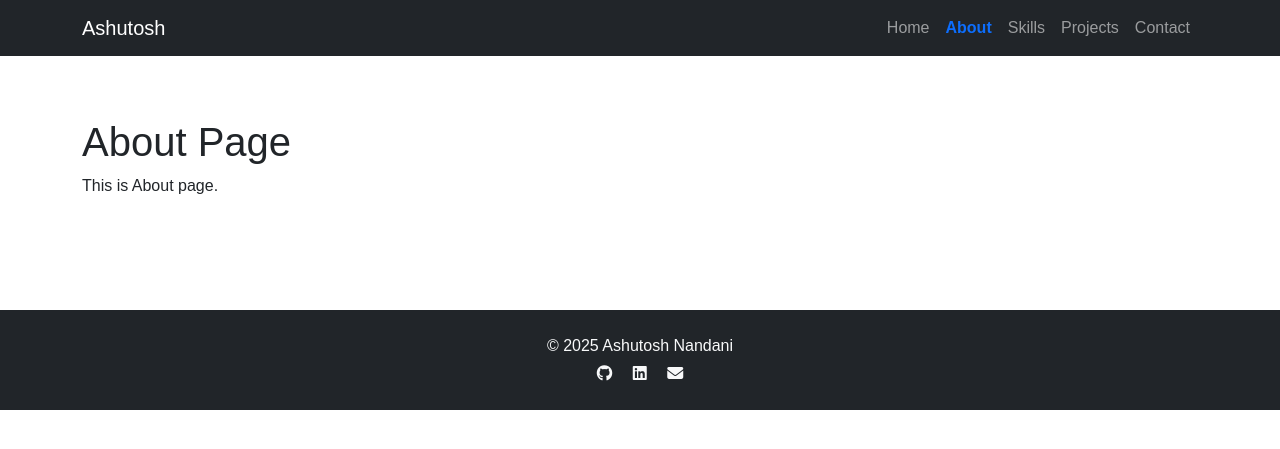
Repository: Ashu-1997-Thakkar/ashutoshthakkar-portfolio
Page: http://localhost/about
These files come from the project's save history. The page is drawn as it stood at one moment and after the next save; the edit follows.
The browser window is 1280 px wide. The pictures show the whole page.
The page is served by the project's Laravel application, run on PHP 8.4 with Laravel 12. Other server files are loaded and not shown.

Above is the page before, as saved 2026-01-16 18:31:20.

### routes/web.php
<?php

use Illuminate\Support\Facades\Route;
use App\Http\Controllers\HomeController;
use App\Http\Controllers\AboutController;
use App\Http\Controllers\SkillsController;
use App\Http\Controllers\ExperienceController;
use App\Http\Controllers\ProjectsController;
use App\Http\Controllers\EducationController;
use App\Http\Controllers\CertificatesController;
use App\Http\Controllers\ServicesController;
use App\Http\Controllers\ContactController;

/*
|--------------------------------------------------------------------------
| Web Routes
|--------------------------------------------------------------------------
*/

Route::get('/', [HomeController::class, 'index'])->name('home');

Route::get('/about', [AboutController::class, 'index'])->name('about');

Route::get('/skills', [SkillsController::class, 'index'])->name('skills');

Route::get('/experience', [ExperienceController::class, 'index'])->name('experience');

Route::get('/projects', [ProjectsController::class, 'index'])->name('projects');

Route::get('/education', [EducationController::class, 'index'])->name('education');

Route::get('/certificates', [CertificatesController::class, 'index'])->name('certificates');

Route::get('/services', [ServicesController::class, 'index'])->name('services');

Route::get('/contact', [ContactController::class, 'index'])->name('contact');

### app/Http/Controllers/AboutController.php
<?php

namespace App\Http\Controllers;

class AboutController extends Controller
{
    public function index()
    {
        return view('about');
    }
}

### resources/views/about.blade.php
@extends('layouts.app')

@section('title', 'About Me')

@section('content')
<div class="container">
    <h1>About Page</h1>
    <p>This is About page.</p>
</div>
@endsection

### resources/views/layouts/app.blade.php
<!DOCTYPE html>
<html lang="en">
<head>
    <meta charset="UTF-8">
    <meta name="viewport" content="width=device-width, initial-scale=1.0">

    <title>@yield('title', 'Ashutosh Nandani | Laravel Developer')</title>

    <!-- Bootstrap 5 -->
    <link href="https://cdn.jsdelivr.net/npm/bootstrap@5.3.2/dist/css/bootstrap.min.css" rel="stylesheet">

    <!-- Font Awesome -->
    <link href="https://cdnjs.cloudflare.com/ajax/libs/font-awesome/6.5.1/css/all.min.css" rel="stylesheet">

    <!-- Custom CSS -->
    <link rel="stylesheet" href="{{ asset('css/style.css') }}">
</head>
<body>

    @include('layouts.navbar')

    <main class="py-5">
        @yield('content')
    </main>

    @include('layouts.footer')

    <!-- Bootstrap JS -->
    <script src="https://cdn.jsdelivr.net/npm/bootstrap@5.3.2/dist/js/bootstrap.bundle.min.js"></script>

    <!-- Custom JS -->
    <script src="{{ asset('js/main.js') }}"></script>

</body>
</html>

### resources/views/layouts/navbar.blade.php
<nav class="navbar navbar-expand-lg navbar-dark bg-dark fixed-top">
    <div class="container">
        <a class="navbar-brand" href="{{ route('home') }}">
            Ashutosh
        </a>

        <button class="navbar-toggler" type="button" data-bs-toggle="collapse" data-bs-target="#portfolioNav">
            <span class="navbar-toggler-icon"></span>
        </button>

        <div class="collapse navbar-collapse" id="portfolioNav">
            <ul class="navbar-nav ms-auto">
                <li class="nav-item">
                    <a class="nav-link {{ Route::is('home') ? 'active' : '' }}" href="{{ route('home') }}">Home</a>
                </li>
                <li class="nav-item">
                    <a class="nav-link {{ Route::is('about') ? 'active' : '' }}" href="{{ route('about') }}">About</a>
                </li>
                <li class="nav-item">
                    <a class="nav-link {{ Route::is('skills') ? 'active' : '' }}" href="{{ route('skills') }}">Skills</a>
                </li>
                <li class="nav-item">
                    <a class="nav-link {{ Route::is('projects') ? 'active' : '' }}" href="{{ route('projects') }}">Projects</a>
                </li>
                <li class="nav-item">
                    <a class="nav-link {{ Route::is('contact') ? 'active' : '' }}" href="{{ route('contact') }}">Contact</a>
                </li>
            </ul>
        </div>
    </div>
</nav>

### resources/views/layouts/footer.blade.php
<footer class="bg-dark text-light text-center py-4 mt-5">
    <div class="container">
        <p class="mb-1">© {{ date('Y') }} Ashutosh Nandani</p>
        <div>
            <a href="https://github.com/Ashu-1997-Thakkar" class="text-light me-3"><i class="fab fa-github"></i></a>
            <a href="https://linkedin.com/in/ashutosh-nandani-a527b9156" class="text-light me-3"><i class="fab fa-linkedin"></i></a>
            <a href="mailto:ashnandani123@gmail.com" class="text-light"><i class="fa fa-envelope"></i></a>
        </div>
    </div>
</footer>

### public/css/style.css
body {
    padding-top: 70px;
    font-family: 'Poppins', sans-serif;
}

.nav-link.active {
    color: #0d6efd !important;
    font-weight: 600;
}

### public/js/main.js
console.log("Portfolio base JS loaded");

Loaded but not shown: app/Http/Controllers/Controller.php (common file)

After the next save:
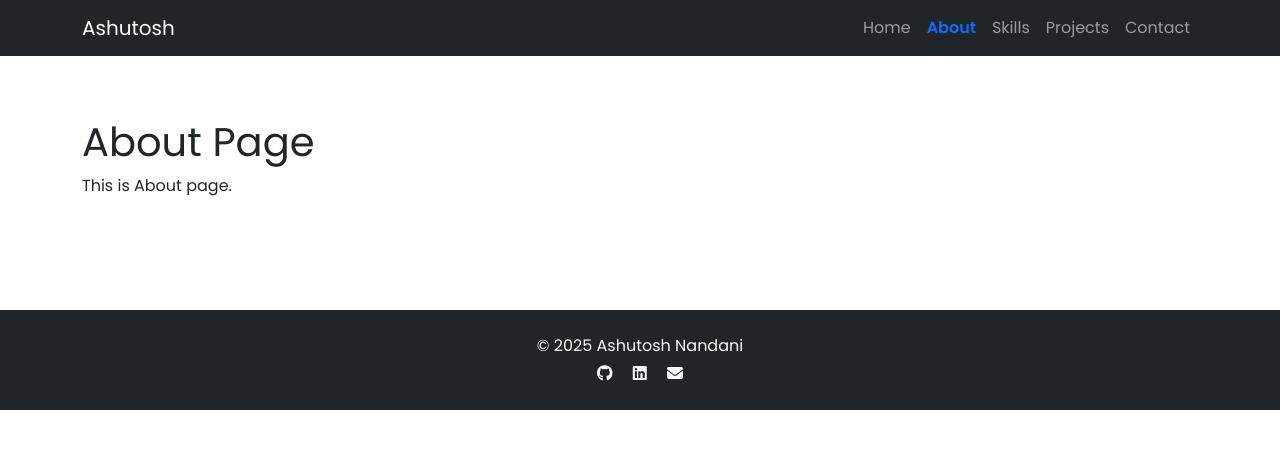
Saved 43 min 23 s later.
--- a/resources/views/layouts/app.blade.php
+++ b/resources/views/layouts/app.blade.php
@@ -5,6 +5,12 @@
     <meta name="viewport" content="width=device-width, initial-scale=1.0">
 
     <title>@yield('title', 'Ashutosh Nandani | Laravel Developer')</title>
+    <!-- AOS Animation -->
+<link href="https://unpkg.com/aos@2.3.4/dist/aos.css" rel="stylesheet">
+
+<!-- Google Font -->
+<link href="https://fonts.googleapis.com/css2?family=Poppins:wght@300;400;600;700&display=swap" rel="stylesheet">
+
 
     <!-- Bootstrap 5 -->
     <link href="https://cdn.jsdelivr.net/npm/bootstrap@5.3.2/dist/css/bootstrap.min.css" rel="stylesheet">
